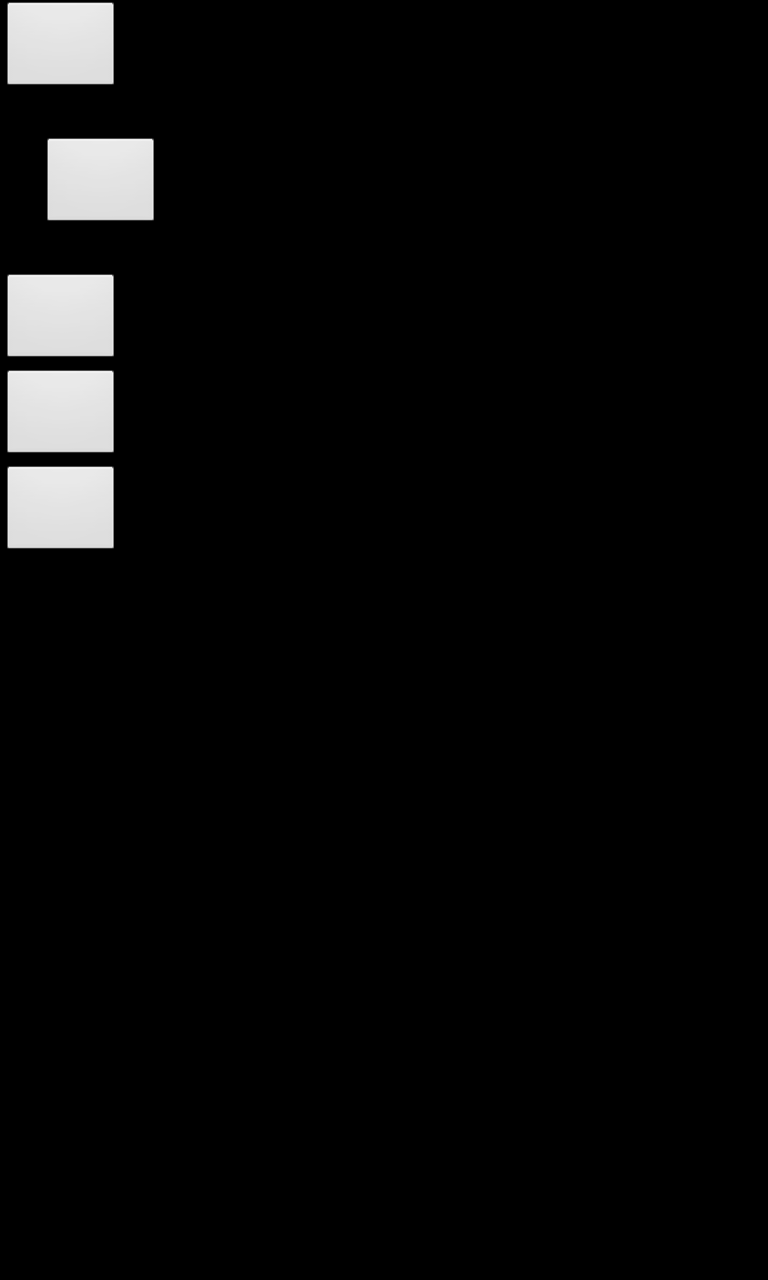
Repository: androportal/APL-apk
Layout: test/imagebuttons/res/layout/main.xml
An editor plug-in stored every save of this project. The layout is shown before and after the next save, followed by the edit.
It is drawn on a 768 x 1280 px phone screen (xhdpi) without system bars, with theme android:Theme; the app's code is not run.

Above is the layout before, as saved 2012-05-21 17:58:46.

After the next save:
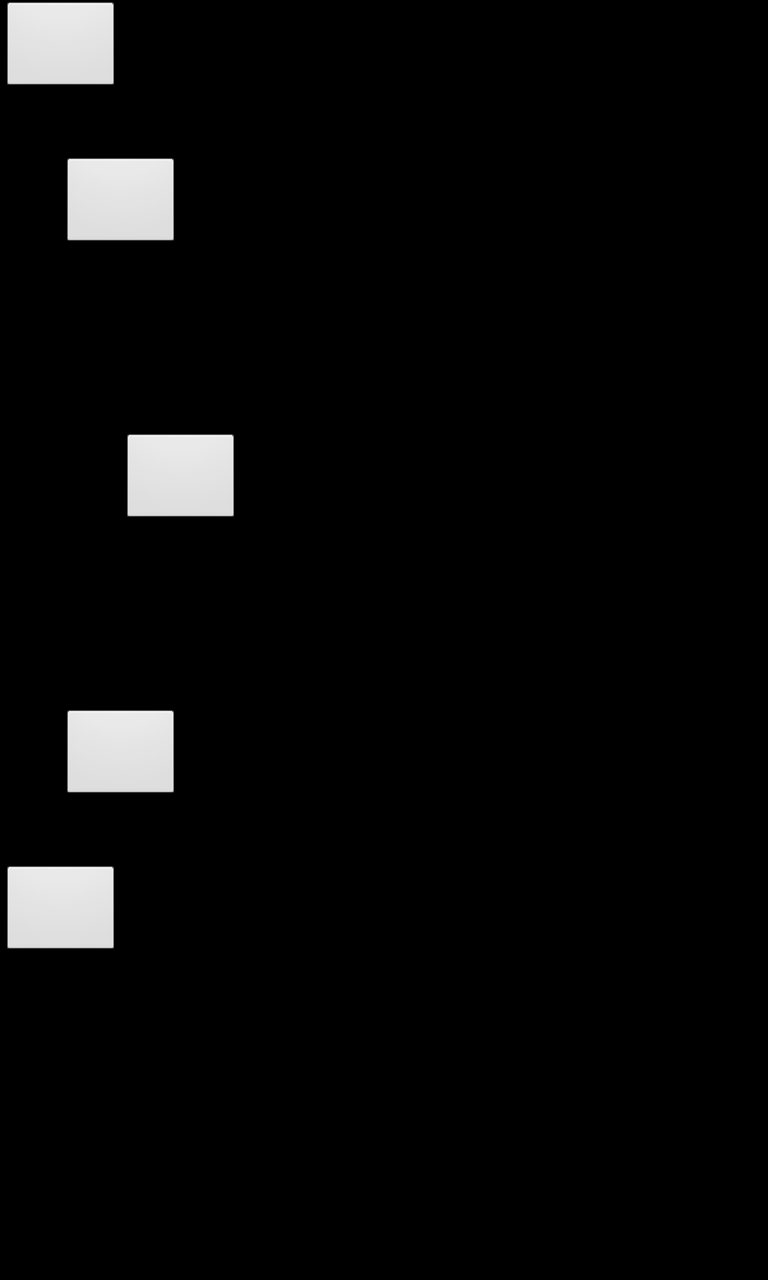
Saved 95 s later.
--- a/test/imagebuttons/res/layout/main.xml
+++ b/test/imagebuttons/res/layout/main.xml
@@ -8,6 +8,7 @@
         android:id="@+id/ImageButton07"
         android:layout_width="61dp"
         android:layout_height="wrap_content"
+        android:layout_margin="0dp"
         android:src="@drawable/i" />
 
     <ImageButton
@@ -16,19 +17,21 @@
         android:layout_height="wrap_content"
         android:src="@drawable/i"
         android:tint="#067837"
-        android:layout_margin="20dp" />
+        android:layout_margin="30dp" />
 
     <ImageButton
         android:id="@+id/ImageButton05"
         android:layout_width="61dp"
         android:layout_height="wrap_content"
-        android:src="@drawable/i" />
+        android:src="@drawable/i"
+        android:layout_margin="60dp" />
 
     <ImageButton
         android:id="@+id/ImageButton03"
         android:layout_width="61dp"
         android:layout_height="wrap_content"
-        android:src="@drawable/i" />
+        android:src="@drawable/i"
+        android:layout_margin="30dp" />
 
     <ImageButton
         android:id="@+id/ImageButton04"
